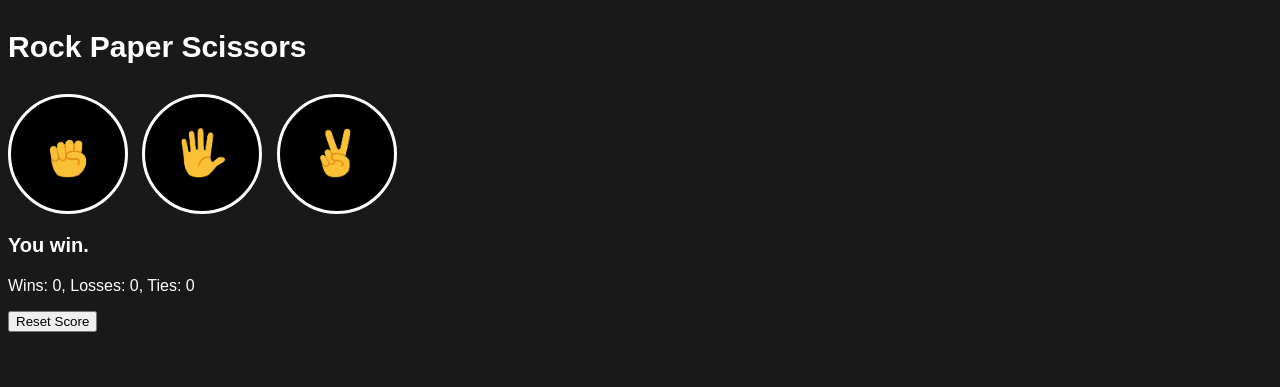
Repository: Samkiroko/Javascript-course
Page: 10-rock-paper-scissior.html
These files come from the project's save history. The page is drawn as it stood at one moment and after the next save; the edit follows.
The browser window is 1280 px wide. The pictures show the whole page.

Above is the page before, as saved 2023-08-28 11:28:39.

### 10-rock-paper-scissior.html
<!DOCTYPE html>
<html>
  <head>
    <title>Rock Paper Scissors</title>
    <style>
      body {
        background-color: #191919;
        color: white;
        font-family: sans-serif;
      }
      .title {
        font-size: 30px;
        font-weight: bold;
      }
      .move-icon {
        height: 50px;
      }
      .move-button {
        border: 3px solid white;
        background-color: black;
        width: 120px;
        height: 120px;
        border-radius: 60%;
        margin-right: 10px;
        cursor: pointer;
      }
      .result {
        font-size: 20px;
        font-weight: bold;
      }
    </style>
  </head>
  <body>
    <p class="title">Rock Paper Scissors</p>
    <button
      onclick="
      playGame('rock');
    "
      class="move-button"
    >
      <img src="/img/rock-emoji.png" alt="Rock" srcset="" class="move-icon" />
    </button>

    <button
      onclick="
      playGame('paper');
    "
      class="move-button"
    >
      <img src="/img/paper-emoji.png" alt="paper" class="move-icon" />
    </button>

    <button
      onclick="
      playGame('scissors');
    "
      class="move-button"
    >
      <img src="/img/scissors-emoji.png" alt="Scissors" class="move-icon" />
    </button>
    <p class="js-result result">You win.</p>
    <p class="js-moves"></p>
    <p class="js-score"></p>

    <button
      onclick="
      score.wins = 0;
      score.losses = 0;
      score.ties = 0;
      localStorage.removeItem('score');
      updateScoreElement();
    "
    >
      Reset Score
    </button>

    <script>
      let score = JSON.parse(localStorage.getItem('score')) || {
        wins: 0,
        losses: 0,
        ties: 0,
      };

      updateScoreElement();

      /*
      if (!score) {
        score = {
          wins: 0,
          losses: 0,
          ties: 0
        };
      }
      */

      function playGame(playerMove) {
        const computerMove = pickComputerMove();

        let result = '';

        if (playerMove === 'scissors') {
          if (computerMove === 'rock') {
            result = 'You lose.';
          } else if (computerMove === 'paper') {
            result = 'You win.';
          } else if (computerMove === 'scissors') {
            result = 'Tie.';
          }
        } else if (playerMove === 'paper') {
          if (computerMove === 'rock') {
            result = 'You win.';
          } else if (computerMove === 'paper') {
            result = 'Tie.';
          } else if (computerMove === 'scissors') {
            result = 'You lose.';
          }
        } else if (playerMove === 'rock') {
          if (computerMove === 'rock') {
            result = 'Tie.';
          } else if (computerMove === 'paper') {
            result = 'You lose.';
          } else if (computerMove === 'scissors') {
            result = 'You win.';
          }
        }

        if (result === 'You win.') {
          score.wins += 1;
        } else if (result === 'You lose.') {
          score.losses += 1;
        } else if (result === 'Tie.') {
          score.ties += 1;
        }

        localStorage.setItem('score', JSON.stringify(score));

        updateScoreElement();

        document.querySelector('.js-result').innerHTML = result;
        document.querySelector(
          '.js-moves'
        ).innerHTML = `You picked ${playerMove} - Computer picked ${computerMove}.`;
      }

      function updateScoreElement() {
        document.querySelector(
          '.js-score'
        ).innerHTML = `Wins: ${score.wins}, Losses: ${score.losses}, Ties: ${score.ties}`;
      }

      function pickComputerMove() {
        const randomNumber = Math.random();

        let computerMove = '';

        if (randomNumber >= 0 && randomNumber < 1 / 3) {
          computerMove = 'rock';
        } else if (randomNumber >= 1 / 3 && randomNumber < 2 / 3) {
          computerMove = 'paper';
        } else if (randomNumber >= 2 / 3 && randomNumber < 1) {
          computerMove = 'scissors';
        }

        return computerMove;
      }
    </script>
  </body>
</html>

After the next save:
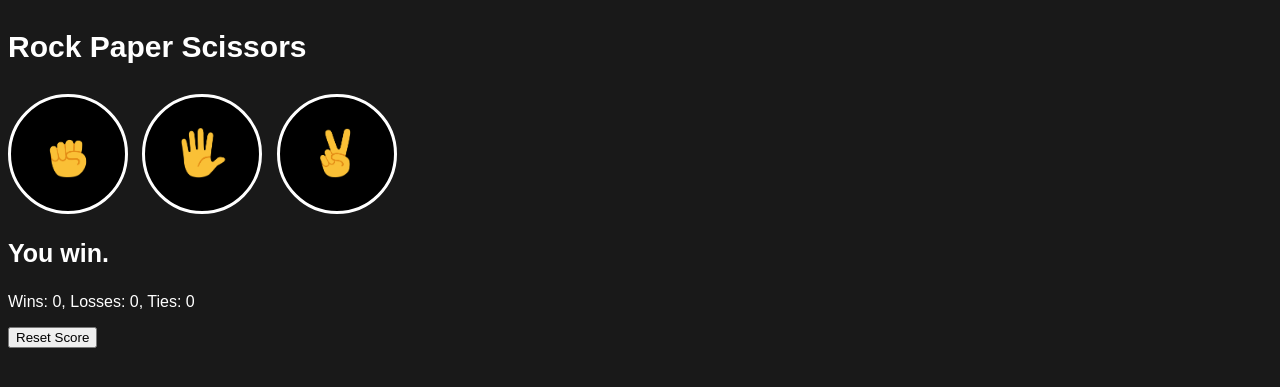
Saved 6 s later.
--- a/10-rock-paper-scissior.html
+++ b/10-rock-paper-scissior.html
@@ -25,7 +25,7 @@
         cursor: pointer;
       }
       .result {
-        font-size: 20px;
+        font-size: 25px;
         font-weight: bold;
       }
     </style>
